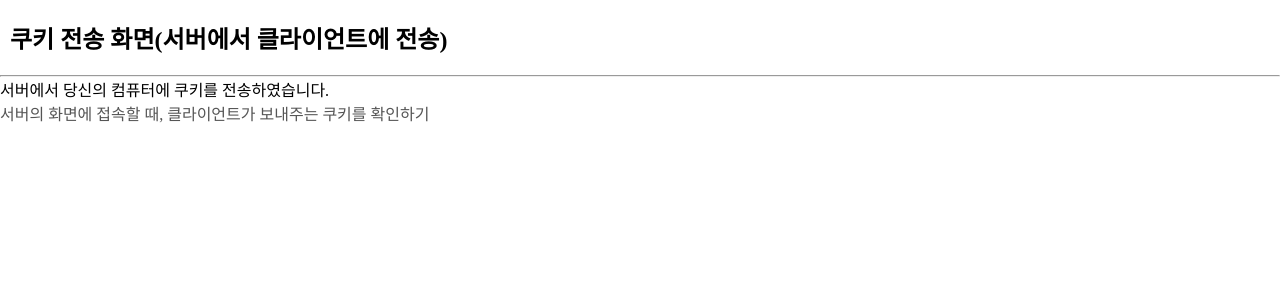
Repository: hyunh84/jsp_study
Page: http://localhost/Day07/j01_ck02.jsp
An editor plug-in stored every save of this project. The page is shown before and after the next save, followed by the edit.
The browser window is 1280 px wide. The pictures show the whole page.
The page is served by Tomcat 9.

Above is the page before, as saved 2015-10-10 01:36:00.

After the next save:
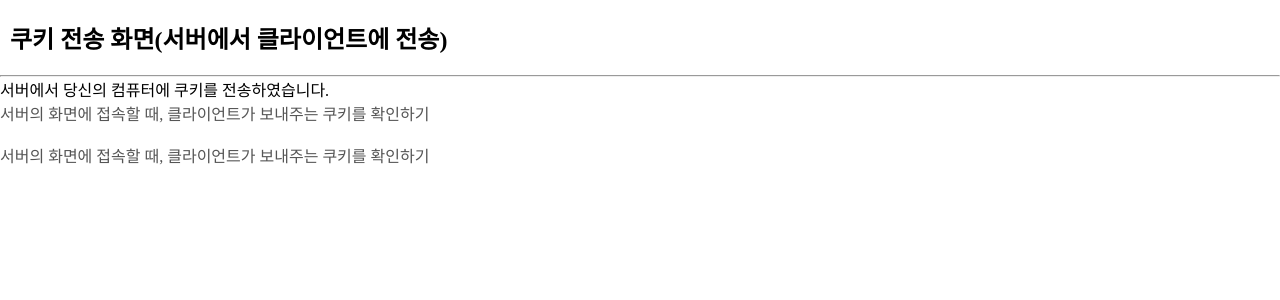
Saved 2 min 20 s later.
--- a/MyWorks/Day07/WebContent/j01_ck02.jsp
+++ b/MyWorks/Day07/WebContent/j01_ck02.jsp
@@ -36,6 +36,9 @@
 	서버에서 당신의 컴퓨터에 쿠키를 전송하였습니다.<br />
 
 	<a href="/Day07/j01_ck03.jsp">서버의 화면에 접속할 때, 클라이언트가 보내주는 쿠키를 확인하기</a>
+	<br />
+	<br />
+	<a href="/Day07/j01_ck03.jsp">서버의 화면에 접속할 때, 클라이언트가 보내주는 쿠키를 확인하기</a>
 
 
 

After the save that followed:
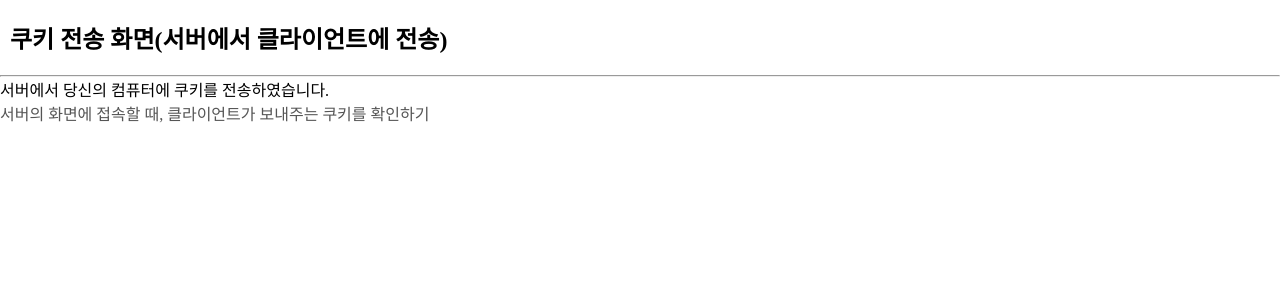
Saved 15 s later.
--- a/MyWorks/Day07/WebContent/j01_ck02.jsp
+++ b/MyWorks/Day07/WebContent/j01_ck02.jsp
@@ -36,9 +36,6 @@
 	서버에서 당신의 컴퓨터에 쿠키를 전송하였습니다.<br />
 
 	<a href="/Day07/j01_ck03.jsp">서버의 화면에 접속할 때, 클라이언트가 보내주는 쿠키를 확인하기</a>
-	<br />
-	<br />
-	<a href="/Day07/j01_ck03.jsp">서버의 화면에 접속할 때, 클라이언트가 보내주는 쿠키를 확인하기</a>
 
 
 
